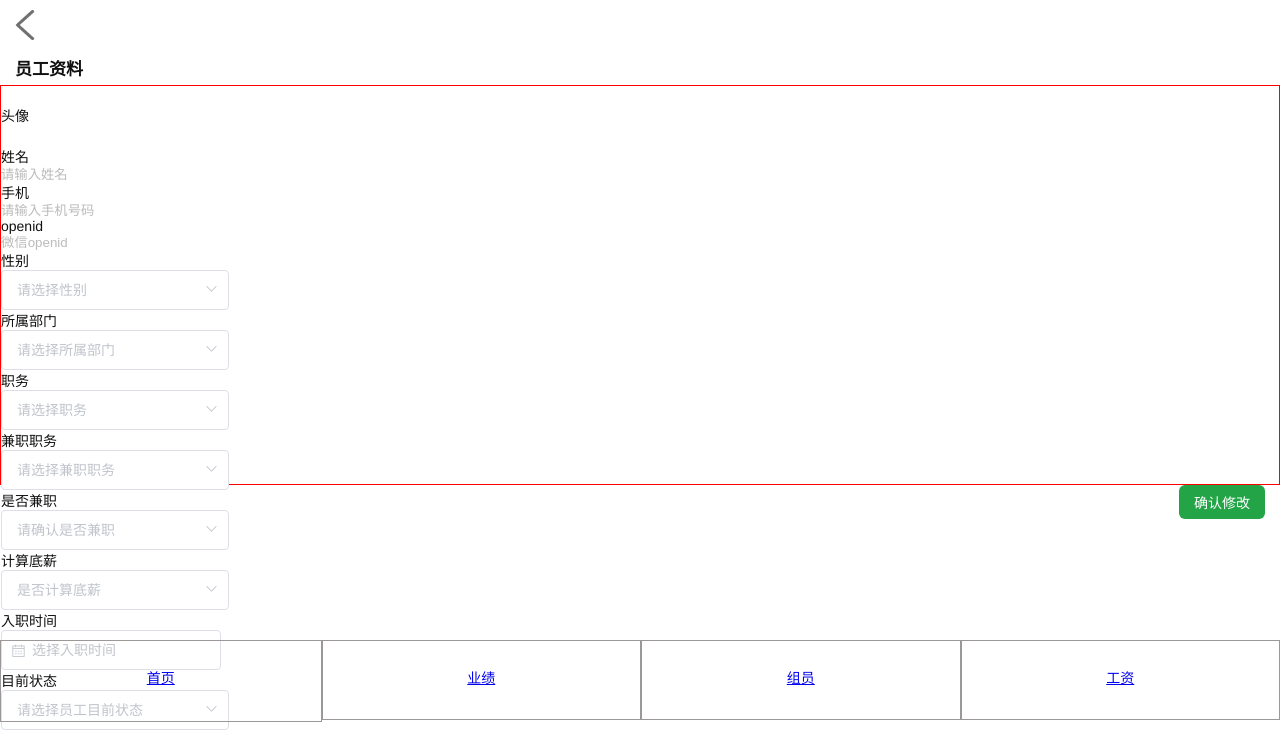
Repository: panlin520-team/lnmj-staffH5
Page: /#/homepage
These files come from the project's save history. The page is drawn as it stood at one moment and after the next save; the edit follows.
The browser window is 1280 px wide. The pictures show the whole page.
An inner scrolling area shows only its first screen. The project was rebuilt for these pictures with package versions that can differ from the ones it lists, and the page was loaded fresh each time. Also part of the build but not shown: src/views/Lojin.vue.

Above is the page before, as saved 2020-04-08 15:19:10.

After the next save:
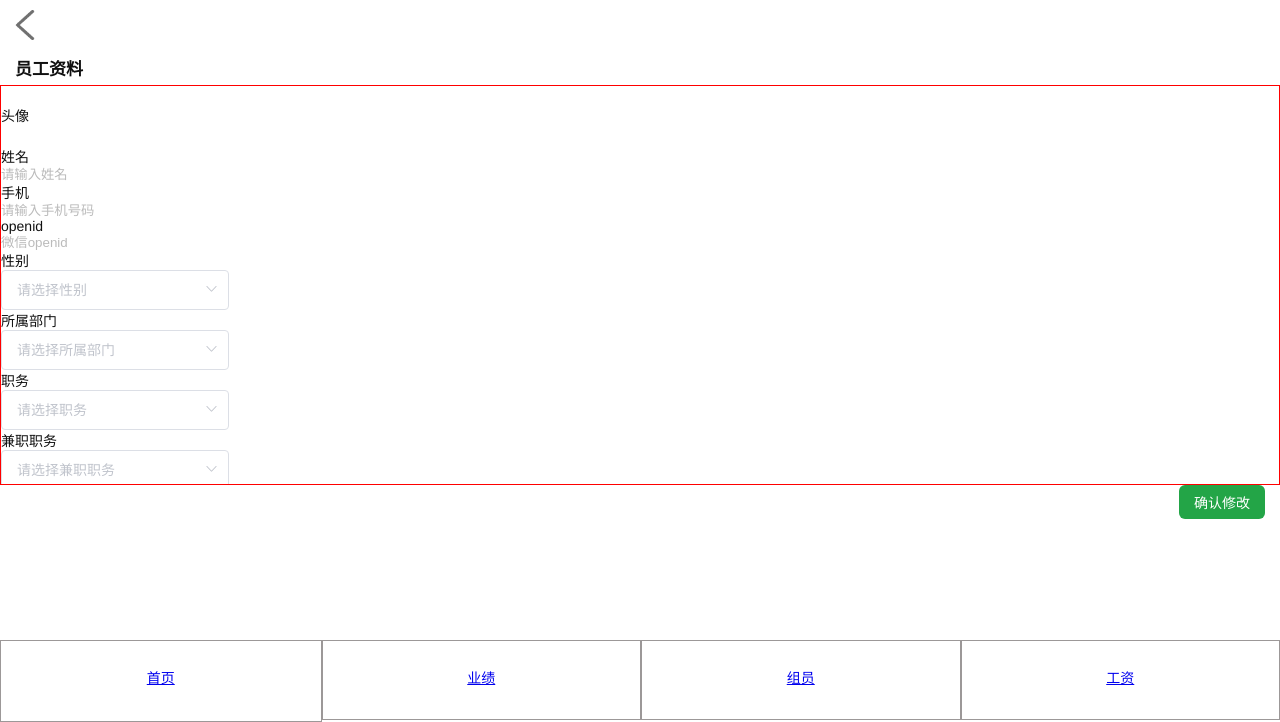
Saved 8 s later.
--- a/src/views/Homepage.vue
+++ b/src/views/Homepage.vue
@@ -326,7 +326,7 @@ export default {
     .main{
         max-height: 400px;
         border: 1px solid red;
-        // overflow: auto;
+        overflow: auto;
     }
 
     .bottom {
